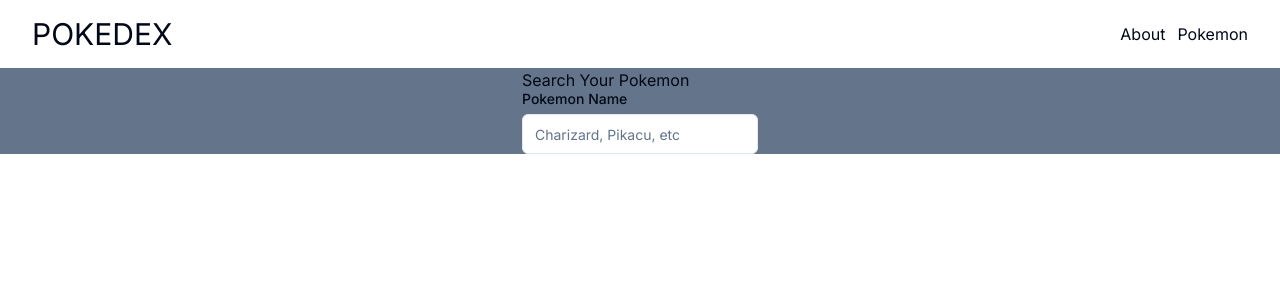
Repository: KilluaProject/pokedex
Page: /
An editor plug-in stored every save of this project. The page is shown before and after the next save, followed by the edit.
The browser window is 1280 px wide. The pictures show the whole page.
The project was rebuilt for these pictures with package versions that can differ from the ones it lists, and the page was loaded fresh each time. The framework's server and built-in components were replaced by stand-ins that run in the browser. Also part of the build but not shown: next.config.js.

Above is the page before, as saved 2023-07-01 16:24:35.

### app/layout.tsx
import Navbar from '@/components/Navbar'
import './globals.css'
import { Inter } from 'next/font/google'

const inter = Inter({ subsets: ['latin'] })

export const metadata = {
  title: 'Create Next App',
  description: 'Generated by create next app',
}

export default function RootLayout({
  children,
}: {
  children: React.ReactNode
}) {
  return (
    <html lang="en">
      <body className={inter.className}>

        <Navbar/>

        {children}


        </body>
    </html>
  )
}

### app/page.tsx
import PokemonGrid from "@/components/pokemonGrid";



export default function Home() {
  return (
    <main className="container mx-auto flex flex-col justify-center items-center bg-slate-500">
      <PokemonGrid/>
    </main>
  )
}

### components/Navbar.tsx
import Link from 'next/link'
import React from 'react'

export default function Navbar() {
  return (
    <div className="flex container justify-between mx-auto item-center py-4 ">

        <Link href="/">

        <h1 className="text-3xl">POKEDEX</h1>

        </Link>

        <div className="flex justify-center items-center gap-3">
            <Link href="/about">About</Link>
            <Link href="/pokemon">Pokemon</Link>
        </div>


    </div>
  )
}

### components/pokemonGrid.tsx
"use client"

import React from 'react'

import { useState } from 'react'
import { Label } from './ui/label'
import { Input } from './ui/input'

export default function PokemonGrid() {
    const [searchText, setSearchText] = useState("")

  return (
    <div>
        <h3>Search Your Pokemon</h3>
        <div className="w-full grid max-w-sm items-center gap-2">
        <Label htmlFor="pokemonName">Pokemon Name</Label>
        <Input
        type="text"
        value={searchText}
        id="pokemonName"
        placeholder="Charizard, Pikacu, etc"
        onChange={(e) => setSearchText(e.target.value)}


        />

        </div>
    </div>
  )
}

### components/ui/label.tsx
"use client"

import * as React from "react"
import * as LabelPrimitive from "@radix-ui/react-label"
import { cva, type VariantProps } from "class-variance-authority"

import { cn } from "@/lib/utils"

const labelVariants = cva(
  "text-sm font-medium leading-none peer-disabled:cursor-not-allowed peer-disabled:opacity-70"
)

const Label = React.forwardRef<
  React.ElementRef<typeof LabelPrimitive.Root>,
  React.ComponentPropsWithoutRef<typeof LabelPrimitive.Root> &
    VariantProps<typeof labelVariants>
>(({ className, ...props }, ref) => (
  <LabelPrimitive.Root
    ref={ref}
    className={cn(labelVariants(), className)}
    {...props}
  />
))
Label.displayName = LabelPrimitive.Root.displayName

export { Label }

### components/ui/input.tsx
import * as React from "react"

import { cn } from "@/lib/utils"

export interface InputProps
  extends React.InputHTMLAttributes<HTMLInputElement> {}

const Input = React.forwardRef<HTMLInputElement, InputProps>(
  ({ className, type, ...props }, ref) => {
    return (
      <input
        type={type}
        className={cn(
          "flex h-10 w-full rounded-md border border-input bg-background px-3 py-2 text-sm ring-offset-background file:border-0 file:bg-transparent file:text-sm file:font-medium placeholder:text-muted-foreground focus-visible:outline-none focus-visible:ring-2 focus-visible:ring-ring focus-visible:ring-offset-2 disabled:cursor-not-allowed disabled:opacity-50",
          className
        )}
        ref={ref}
        {...props}
      />
    )
  }
)
Input.displayName = "Input"

export { Input }

Loaded but not shown: app/globals.css (common file); lib/utils.ts (common file); tailwind.config.js (common file)

After the next save:
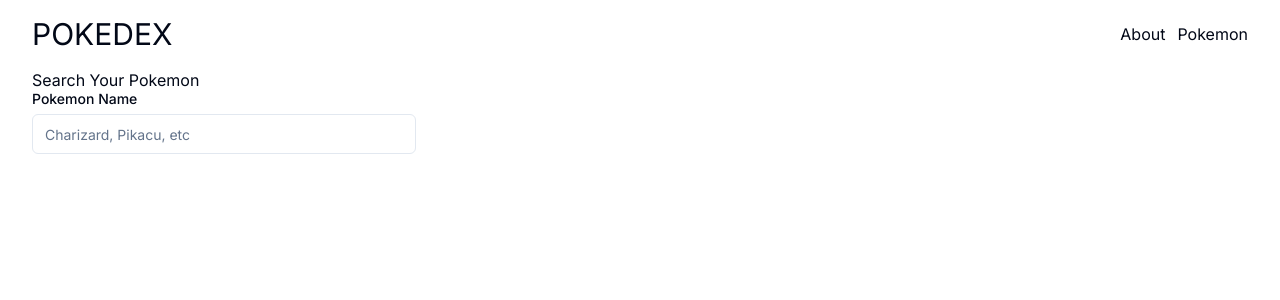
Saved 10 s later.
--- a/app/page.tsx
+++ b/app/page.tsx
@@ -4,7 +4,7 @@
 
 export default function Home() {
   return (
-    <main className="container mx-auto flex flex-col justify-center items-center bg-slate-500">
+    <main className="container mx-auto">
       <PokemonGrid/>
     </main>
   )
